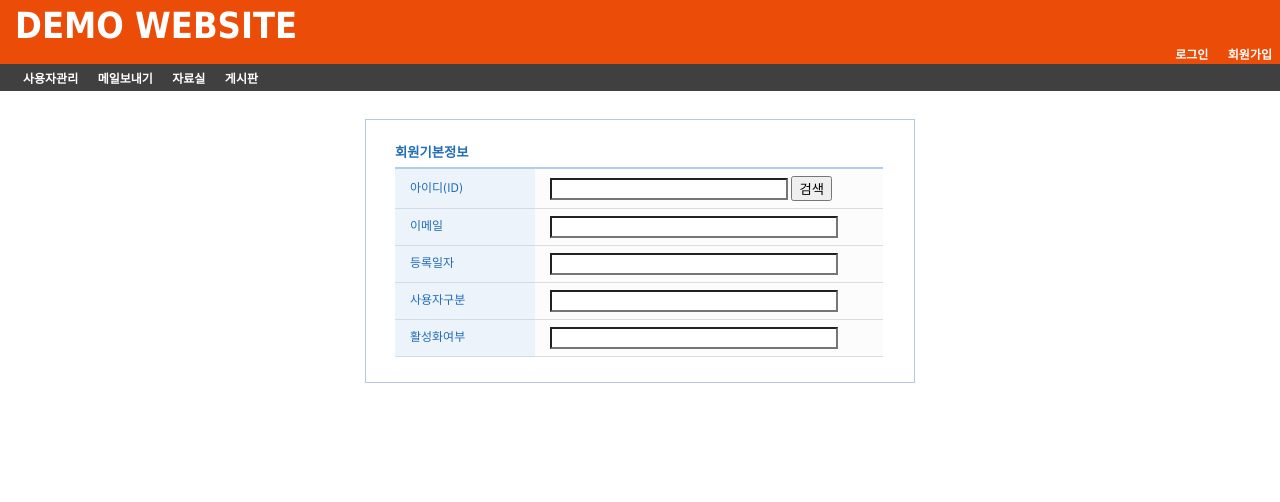
Repository: superThisMe/spring-basic
Page: http://localhost/07.spring-ajax/member-search-two
The author's editor kept a copy of each file at every save. The page is drawn from the files as they stood at one save, then again after the next save.
The browser window is 1280 px wide. The pictures show the whole page.
The page is served by Tomcat 9.

Above is the page before, as saved 2020-01-03 03:29:05.

After the next save:
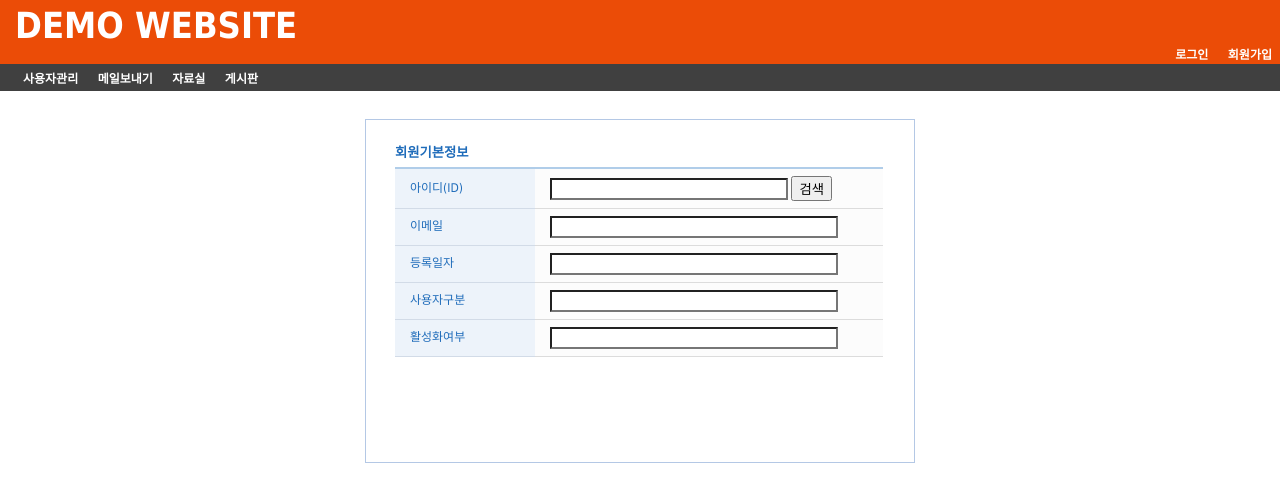
Saved 3 min 23 s later.
--- a/07.spring-ajax/src/main/webapp/WEB-INF/views/account/update2.jsp
+++ b/07.spring-ajax/src/main/webapp/WEB-INF/views/account/update2.jsp
@@ -22,11 +22,13 @@
 		    <div id="inputmain">
 		        <div class="inputsubtitle">회원기본정보</div>
 
+
 		        <table>
 		            <tr>
 		                <th>아이디(ID)</th>
 		                <td>
-		                    <input type="text" id="memberId" name="memberId" style="width:230px" />
+		                    <input type="text" id="memberId" name="memberId"
+		                    	   style="width:230px" />
 		                    <button id="search-button">검색</button>
 		                </td>
 		            </tr>
@@ -60,8 +62,10 @@
 		            </tr>
 
 		        </table>
-		        <div>
+		        <div class="buttons">
+
 		        </div>
+
 		    </div>
 		</div>
 
@@ -69,28 +73,32 @@
 	<script src="https://code.jquery.com/jquery-3.4.1.js"></script>
 	<script type="text/javascript">
 	$(function() {
-		$('#search-button').on('click', function() {
+
+		$('#search-button').on('click', function(event) {
 
 			var memberId = $('#memberId').val();
-			if (!memberId) { // !memberId : memberId == null || memberId.length == 0
+			if (!memberId) { // !memberId : memberId == null or memberId.length == 0
 				alert('검색할 아이디를 입력하세요');
 				$('#memberId').focus();
 			}
+
 			$.ajax({
 				"url": "search-member2",
-				"method": "GET",
+				"method": "get",
 				"async": true,
-				"data": { "memberId": memberId },
+				//"data": "memberId=" + memberId + "&datax=100",
+				"data": { "memberId": memberId, "datax": 100 },
+				"dataType": "json", // dataType : 응답 컨텐츠의 종류 지정
 				"success": function(member, status, xhr) {
-					if (member.error) {
+					if (member.error){
 						alert(member.error);
 						return;
 					}
 
 					$('#email').val(member.email);
+					$('#userType').val(member.userType);
 					$('#regDate').val(member.regDate);
-					$('#userType').val(member.userType);
-					$('#active').val(member.active ? "활성사용자" : "비활성사용자");
+					$('#active').val(member.active ? '활성사용자' : '비활성사용자');
 				},
 				"error": function(xhr, status, err) {
 					alert(err);
